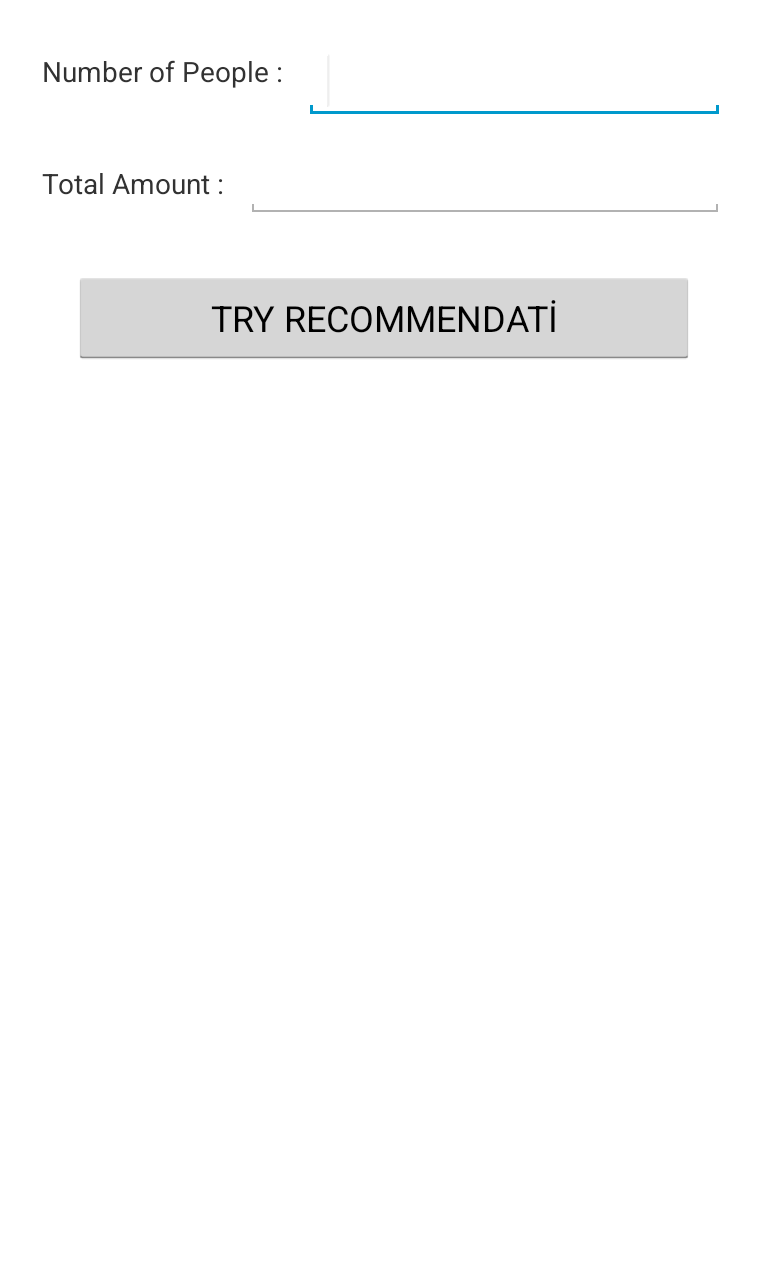
Repository: erenerdogan/ERMS
Layout: ERMSMobile/ERMS/res/layout/activity_try_recommendation.xml
The author's editor kept a copy of each file at every save. The layout is drawn from the files as they stood at one save, then again after the next save.
It is drawn on a 768 x 1280 px phone screen (xhdpi) without system bars, with theme AppTheme; the app's code is not run.

Above is the layout before, as saved 2013-12-21 19:26:40.

### ERMSMobile/ERMS/res/layout/activity_try_recommendation.xml
<RelativeLayout xmlns:android="http://schemas.android.com/apk/res/android"
    xmlns:tools="http://schemas.android.com/tools"
    android:layout_width="match_parent"
    android:layout_height="match_parent"
    android:paddingBottom="@dimen/activity_vertical_margin"
    android:paddingLeft="@dimen/activity_horizontal_margin"
    android:paddingRight="@dimen/activity_horizontal_margin"
    android:paddingTop="@dimen/activity_vertical_margin"
    tools:context=".TryRecommendationActivity" >

    <EditText
        android:id="@+id/tryAmountEdit"
        android:layout_width="wrap_content"
        android:layout_height="wrap_content"
        android:layout_alignParentRight="true"
        android:layout_alignRight="@+id/tryPeople"
        android:layout_below="@+id/tryPeopleEdit"
        android:layout_margin="5dip"
        android:layout_toRightOf="@+id/tryAmount"
        android:ems="10"
        android:inputType="number" >

    </EditText>

    <Button
        android:id="@+id/trybtn"
        android:layout_width="fill_parent"
        android:layout_height="wrap_content"
        android:layout_below="@+id/tryAmountEdit"
        android:layout_centerHorizontal="true"
        android:layout_margin="20dip"
        android:layout_marginTop="28dp"
        android:text="TRY RECOMMENDATİ" />

    <TextView
        android:id="@+id/tryAmount"
        android:layout_width="wrap_content"
        android:layout_height="wrap_content"
        android:layout_alignBaseline="@+id/tryAmountEdit"
        android:layout_alignBottom="@+id/tryAmountEdit"
        android:layout_alignParentLeft="true"
        android:layout_margin="5dip"
        android:text="Total Amount :" />

    <TextView
        android:id="@+id/tryPeople"
        android:layout_width="wrap_content"
        android:layout_height="wrap_content"
        android:layout_alignBottom="@+id/tryPeopleEdit"
        android:layout_alignParentLeft="true"
        android:layout_alignTop="@+id/tryPeopleEdit"
        android:layout_margin="5dip"
        android:text="Number of People :" />

    <EditText
        android:id="@+id/tryPeopleEdit"
        android:layout_width="wrap_content"
        android:layout_height="wrap_content"
        android:layout_alignParentRight="true"
        android:layout_alignParentTop="true"
        android:layout_margin="5dip"
        android:layout_marginTop="20dp"
        android:layout_toRightOf="@+id/tryPeople"
        android:ems="10"
        android:inputType="number" >

        <requestFocus />
    </EditText>

</RelativeLayout>

Loaded but not shown: ERMSMobile/ERMS/res/values/styles.xml (common file); ERMSMobile/ERMS/res/values-v11/styles.xml (common file); ERMSMobile/ERMS/res/values-v14/styles.xml (common file); ERMSMobile/ERMS/res/values/dimens.xml (common file)

After the next save:
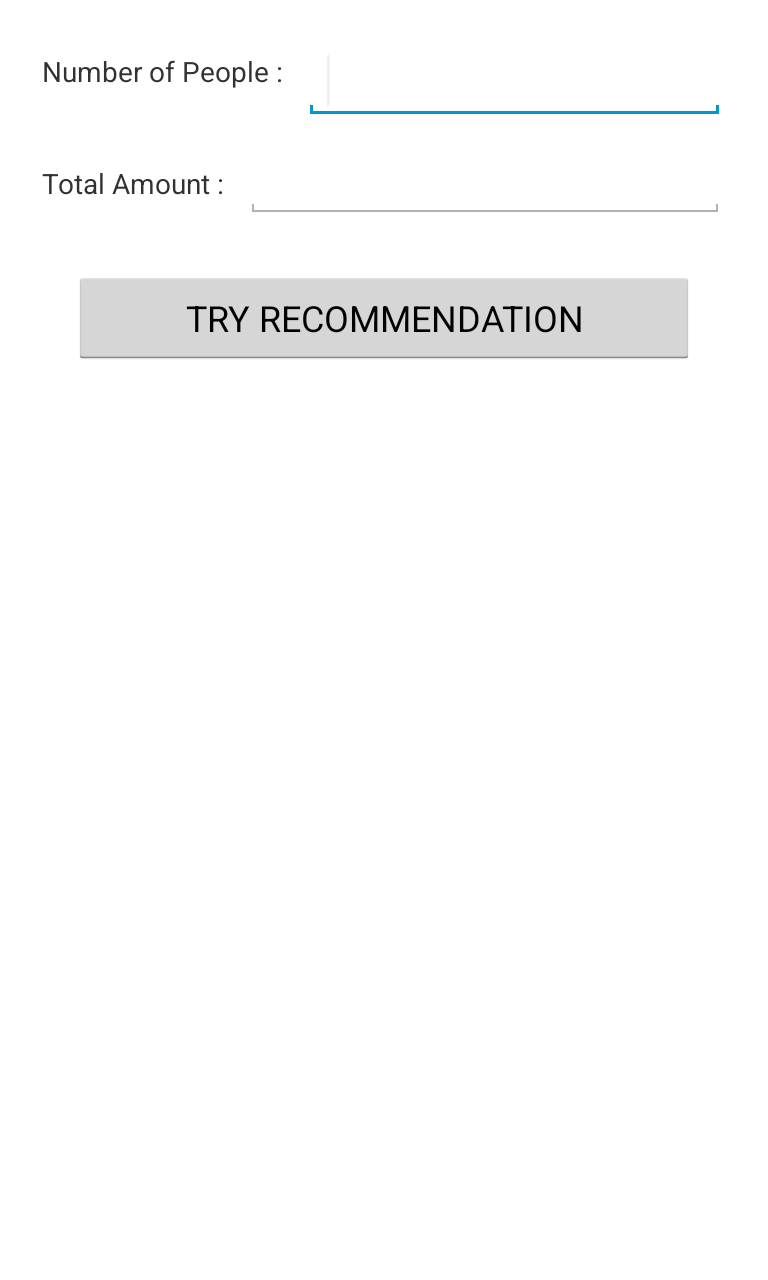
Saved 37 s later.
--- a/ERMSMobile/ERMS/res/layout/activity_try_recommendation.xml
+++ b/ERMSMobile/ERMS/res/layout/activity_try_recommendation.xml
@@ -30,7 +30,7 @@
         android:layout_centerHorizontal="true"
         android:layout_margin="20dip"
         android:layout_marginTop="28dp"
-        android:text="TRY RECOMMENDATİ" />
+        android:text="TRY RECOMMENDATION" />
 
     <TextView
         android:id="@+id/tryAmount"
